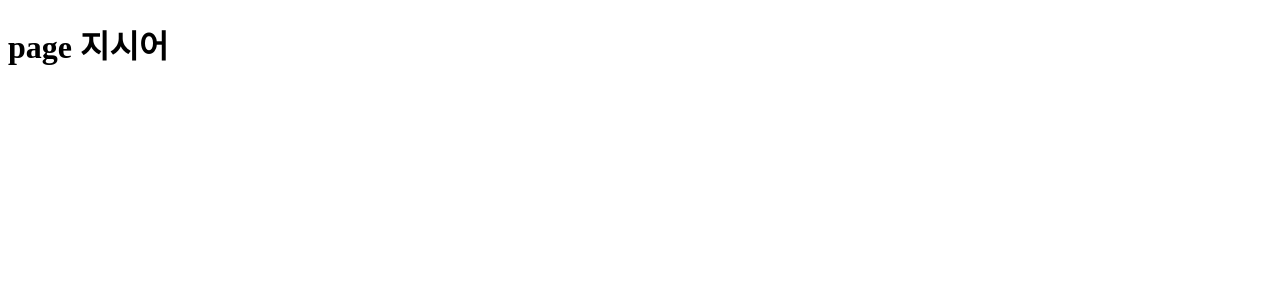
Repository: yejin0220/Web-workspace1
Page: http://localhost/2_JSP/views/02_DirectivePage.jsp
These files come from the project's save history. The page is drawn as it stood at one moment and after the next save; the edit follows.
The browser window is 1280 px wide. The pictures show the whole page.
The page is served by Tomcat 9.

Above is the page before, as saved 2023-02-08 05:17:01.

After the next save:
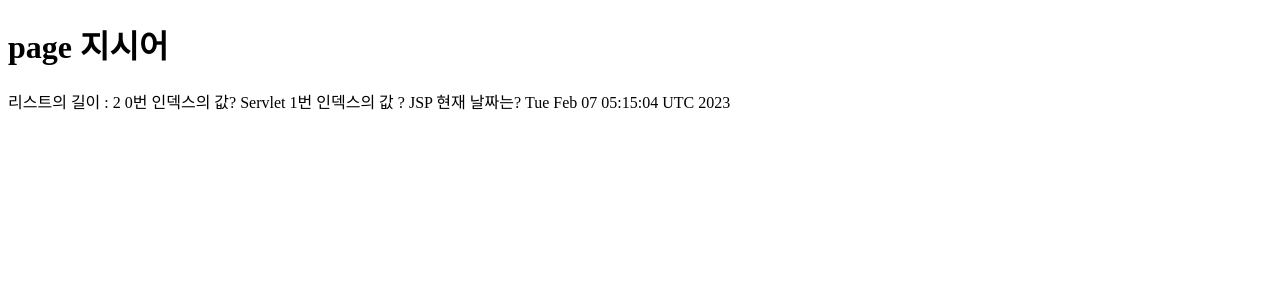
Saved 93 s later.
--- a/2_JSP/WebContent/views/02_DirectivePage.jsp
+++ b/2_JSP/WebContent/views/02_DirectivePage.jsp
@@ -21,7 +21,13 @@
 		Date today = new Date();
 	%>
 
+	<p>
+		리스트의 길이 : <%= list.size() %>
+		0번 인덱스의 값? <%= list.get(0) %>
+		1번 인덱스의 값 ? <%= list.get(1) %>
 
+		현재 날짜는? <%= today %>
+	</p>
 
 
 
